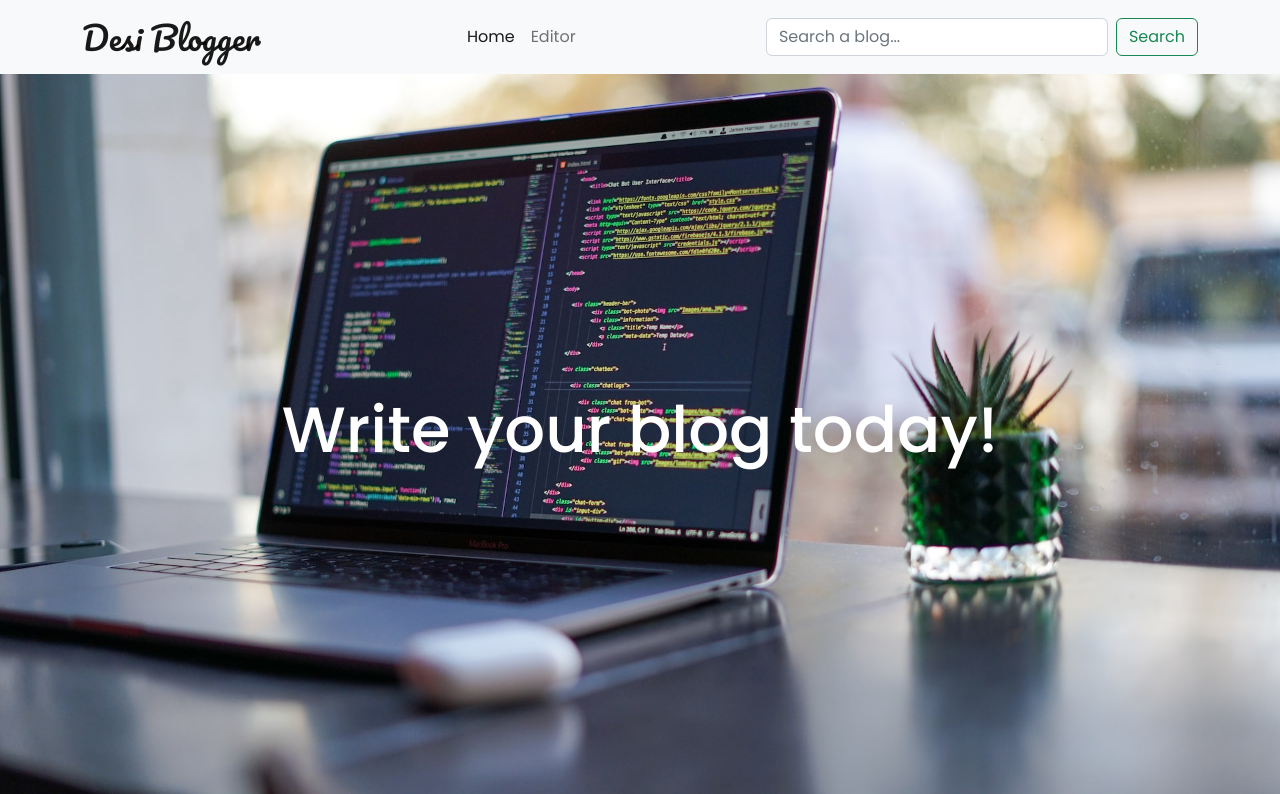
Repository: badhon252/Desi_Blogger
Page: public/home.html
These files come from the project's save history. The page is drawn as it stood at one moment and after the next save; the edit follows.
The browser window is 1280 px wide. The pictures show the whole page.

Above is the page before, as saved 2022-11-15 19:44:59.

After the next save:
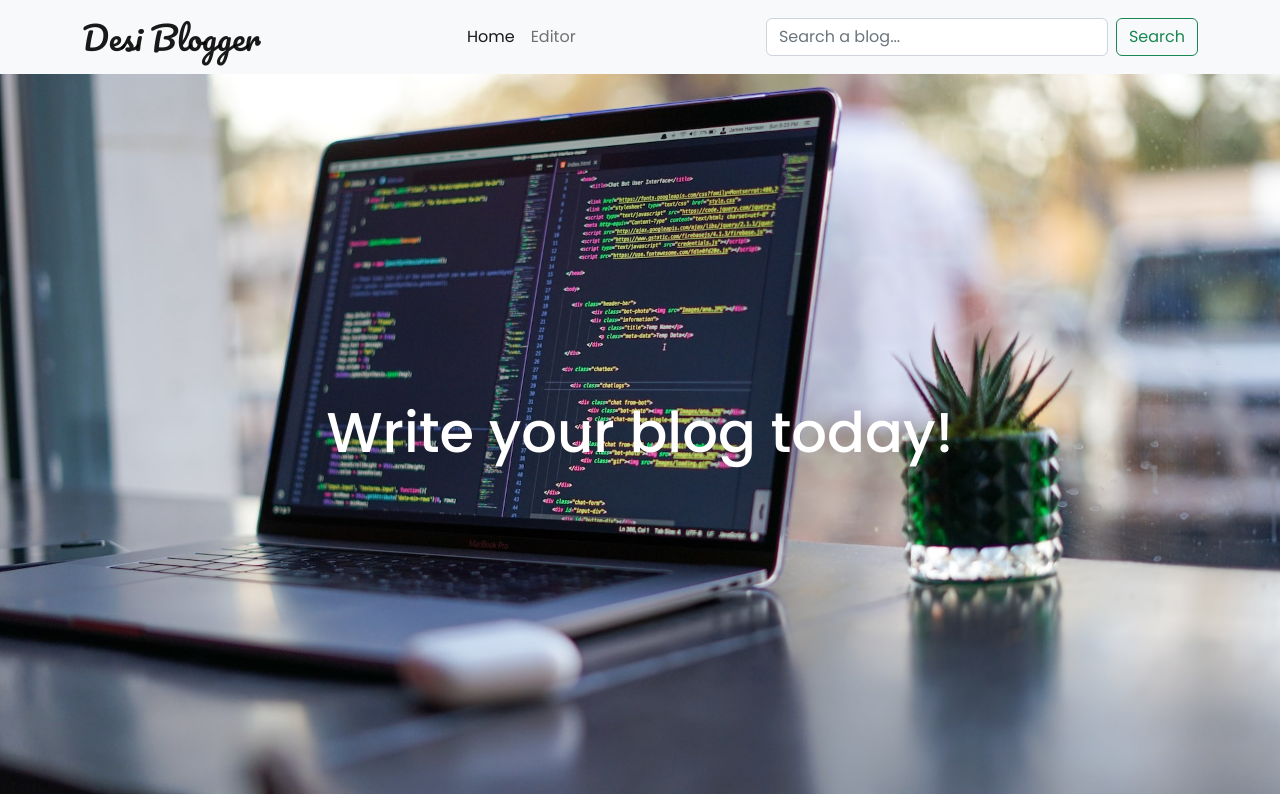
Saved 44 s later.
--- a/public/home.html
+++ b/public/home.html
@@ -50,7 +50,12 @@
             </div>
         </nav>
         <section class="content">
-            <h1>Write your blog today!</h1>
+            <h1>
+                <span class="small">
+                    Write your blog today!
+            </h1>
+
+            </span>
         </section>
     </header>
 
